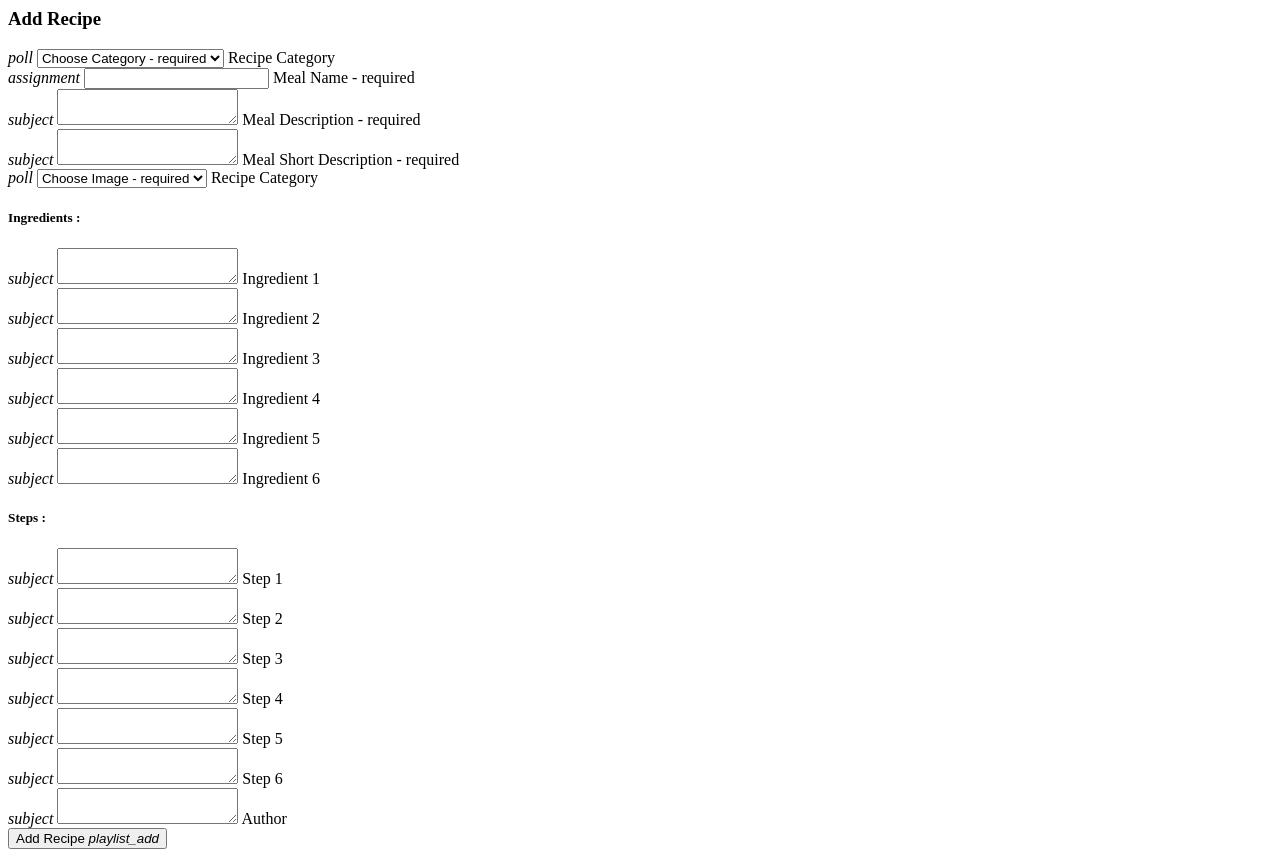
Repository: cesole/cookbook
Page: http://localhost/add_recipe
The author's editor kept a record of every edit. The page is drawn from the files as they stood at one moment, then again after the next edit.
The browser window is 1280 px wide. The pictures show the whole page.
The page is served by the project's application, run on Flask 3 (app.py). Queries for data that is not in the repository find no rows.

Above is the page before.

After the next edit:
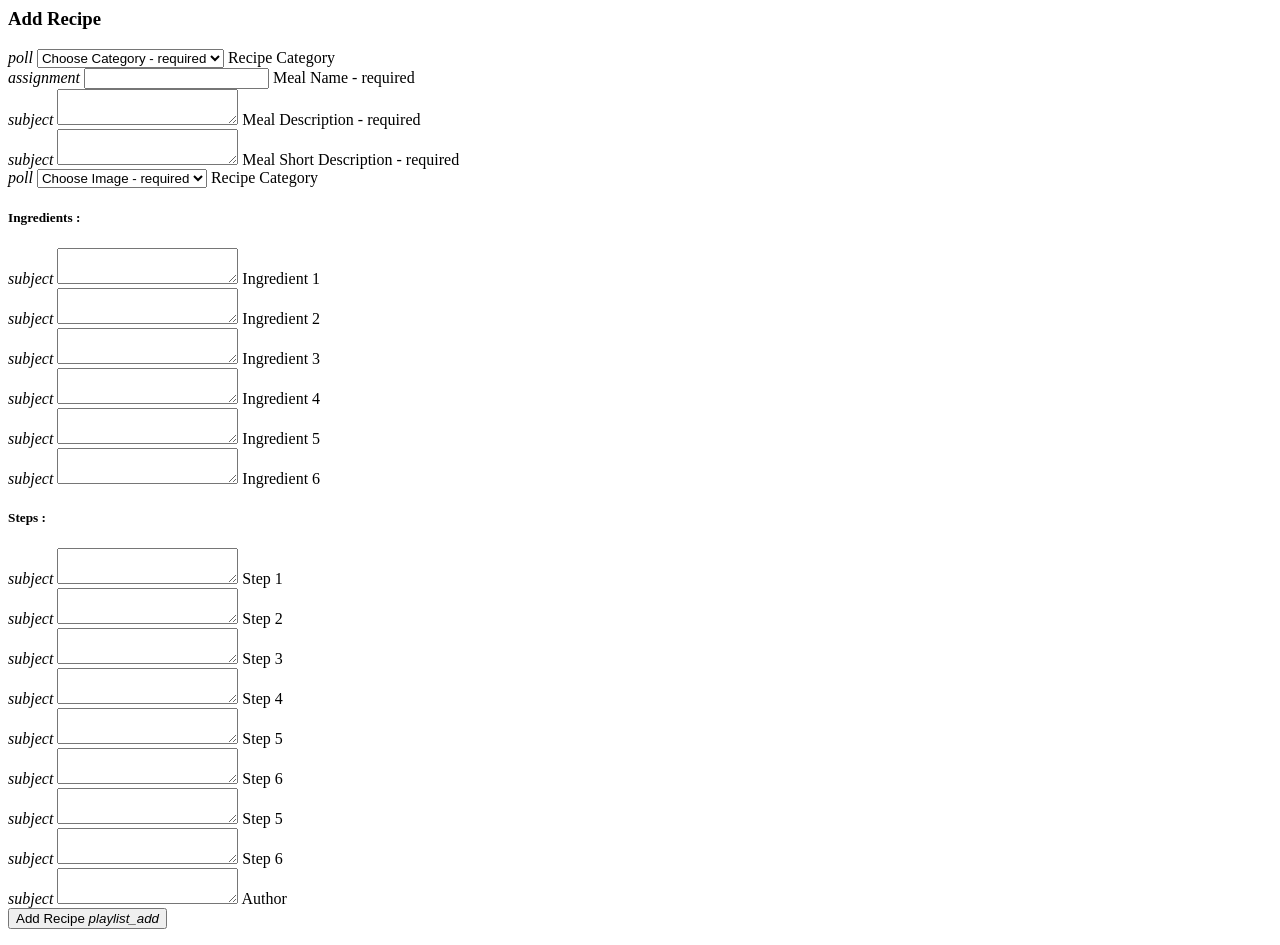
The edit:
--- a/templates/add_recipe.html
+++ b/templates/add_recipe.html
@@ -119,6 +119,18 @@
                     </div>
             </div>
             <div class="row">
+                <div class="input-field col s12 m4">
+                        <i class="material-icons prefix">subject</i>
+                        <textarea placeholder="" name="step_five" id="step_five" class="materialize-textarea"></textarea>
+                        <label for="icon_telephone">Step 5</label>
+                    </div>
+                    <div class="input-field col s12 m4">
+                        <i class="material-icons prefix">subject</i>
+                        <textarea placeholder="" name="step_six" id="step_six" class="materialize-textarea"></textarea>
+                        <label for="icon_telephone">Step 6</label>
+                    </div>
+            </div>
+            <div class="row">
                 <div class="input-field col s12">
                     <i class="material-icons prefix">subject</i>
                     <textarea name="author" id="author_name" class="materialize-textarea">{{ session.username }}</textarea>
